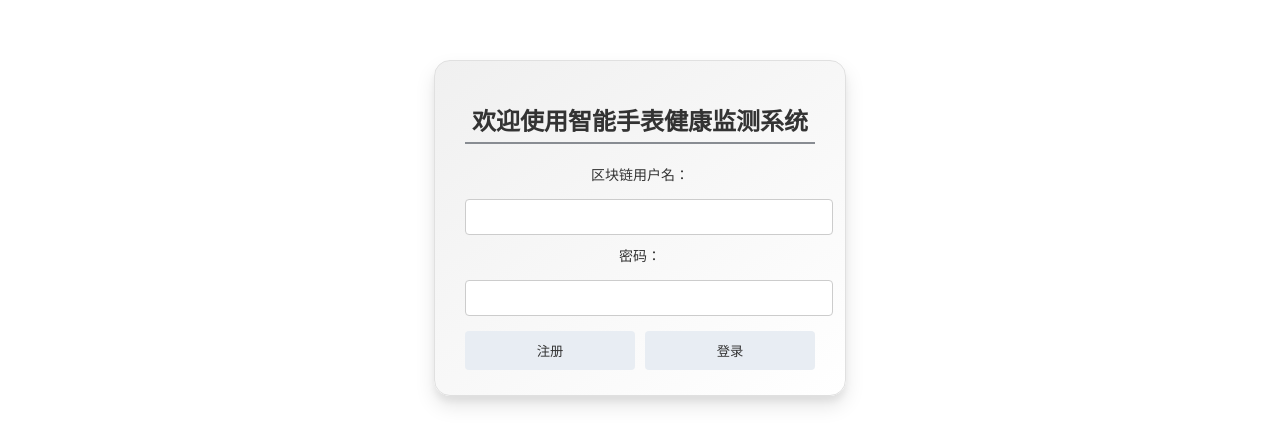
Repository: hyperion0831/The-management-of-IoT-data-sharing-based-on-blockchain
Page: / (app in Dz/frontend/)
An editor plug-in stored every save of this project. The page is shown before and after the next save, followed by the edit.
The browser window is 1280 px wide. The pictures show the whole page.
The project was rebuilt for these pictures with package versions that can differ from the ones it lists, and the page was loaded fresh each time. Also part of the build but not shown: Dz/frontend/vue.config.js, Dz/frontend/src/components/dashboard/DataUploadAndExport.vue, Dz/frontend/src/components/dashboard/RealTimeMonitoring.vue, Dz/frontend/src/components/dashboard/DataAnalysis.vue, Dz/frontend/src/components/dashboard/AppSettings.vue, Dz/frontend/src/components/DataDashBoard.vue.

Above is the page before, as saved 2024-11-12 00:22:30.

### Dz/frontend/src/main.js
import { createApp } from 'vue';
import App from './App.vue';
import router from './router';
import ElementPlus from 'element-plus';
import 'element-plus/dist/index.css';

const app = createApp(App);

app.use(router)
app.use(ElementPlus)
app.mount('#app');

### Dz/frontend/src/App.vue
<template>
  <div id="app">
    <router-view></router-view>
  </div>
</template>

<script>
export default {
  name: 'App'
};
</script>

<style>
#app {
  font-family: Avenir, Helvetica, Arial, sans-serif;
  -webkit-font-smoothing: antialiased;
  -moz-osx-font-smoothing: grayscale;
  text-align: center;
  color: #2c3e50;
  margin-top: 60px;
}
</style>

### Dz/frontend/src/router/index.js
import { createRouter, createWebHistory } from 'vue-router';
import DataDashBoard from '../components/DataDashBoard.vue'; // 导入仪表盘组件
import Login from '../components/LoginForm.vue';

const routes = [
  { path: '/', redirect: '/login' },
  { path: '/login', name: 'Login', component: Login },
  { path: '/datadashboard', name: 'DataDashBoard', component: DataDashBoard },
];

const router = createRouter({
  history: createWebHistory(),
  routes
});

export default router;

### Dz/frontend/src/components/LoginForm.vue
<template>
    <div class="loginform">

      <!-- 初始页面 -->
      <div v-if="!isRegistering">
        <h1>欢迎使用智能手表健康监测系统</h1>

        <!-- 区块链用户名和密码显示区域 -->
        <div class="blockchain-info">
          <label>区块链用户名：</label>
          <input type="text" v-model="displayPublicKey" readonly />
          <label>密码：</label>
          <input type="text" v-model="displayPrivateKey" readonly />
        </div>

        <!-- 登录、注册按钮 -->
        <div class="button-row">
          <button @click="handleRegisterClick">注册</button>
          <button @click="handleLoginClick">登录</button>
        </div>

        <!-- 隐藏的文件选择框 -->
        <input
          ref="fileInput"
          type="file"
          accept=".txt"
          style="display: none"
          @change="handleFileUpload"
        />
      </div>

      <!-- 注册页面（覆盖整个页面） -->
      <div v-if="isRegistering" class="register-section">
        <h1>注册新用户</h1>
        <label for="identity">选择身份：</label>
        <select v-model="identity">
          <option value="doctor">医生</option>
          <option value="user">普通用户</option>
        </select>

        <div v-if="identity === 'doctor'" class="blockchain-info">
          <label for="name">姓名：</label>
          <input type="text" v-model="name" placeholder="请输入姓名" />
          <label for="id">工号：</label>
          <input type="text" v-model="doctorId" placeholder="请输入工号" />
        </div>
        <div v-else class="blockchain-info">
          <label for="name">姓名：</label>
          <input type="text" v-model="name" placeholder="请输入姓名" />
        </div>

        <div class="button-row">
          <button @click="generateAndSaveKeyPair">生成密钥对</button>
          <button @click="goToLoginPage">返回登录</button>
        </div>

        <p v-if="keyGenerated">密钥对已生成并保存到文件中。</p>
      </div>
    </div>
  </template>

  <script>

  export default {
    data() {
      return {
        currentView: null, // 初始无显示
        blockchainUsername: '',  // 区块链用户名
        blockchainPassword: '',  // 区块链密码
        uploadedFile: null,      // 已上传的文件
        displayPrivateKey: '',
        displayPublicKey: '',
        keyGenerated: false,
        isLoggedIn: false,
        privateKey: null,
        publicKey: null,
        identity: 'user',
        name: '',
        doctorId: '',
        errorMessage: '',// 错误消息
        isRegistering: false, // 是否正在注册,
        showErrorModal: false,
      };
    },
    mounted() {
      // 页面加载时检查是否已登录
      const isLoggedIn = sessionStorage.getItem("isLoggedIn");
      const userName = sessionStorage.getItem("userName");
      if (isLoggedIn === "true" && userName) {
        this.isLoggedIn = true;
        this.name = userName.split('-')[1]; // 提取用户名
        const storedData = JSON.parse(localStorage.getItem(userName)); // 从 localStorage 获取密钥对数据
        if (storedData) {
          this.displayPublicKey = storedData.publicKey;
          this.displayPrivateKey = storedData.privateKey;
        }
      }
    },
    methods: {
      // 点击登录按钮，弹出文件选择框
      handleLoginClick() {
        this.$refs.fileInput.click();
      },

      // 点击注册按钮后，切换到注册界面
      handleRegisterClick() {
        this.isRegistering = true; // 显示注册界面
      },

      // 检查是否已注册
      isRegistered() {
        const registered = localStorage.getItem(`${this.identity}-${this.name}-${this.doctorId|| ''}`);
        return !!registered;
      },

      // 注册
      async generateAndSaveKeyPair() {

        const registrationKey = `${this.identity}-${this.name}-${this.doctorId || ''}`;
        if (this.isRegistered()) {
          alert("已注册，请直接登录。");
          return;
        }
        let isValid = true; // 添加一个标志来追踪身份验证状态

        if (this.identity === 'doctor') {
          if (this.name !== 'Dz' || this.doctorId !== '2448') {
            alert('医生身份信息错误，请检查姓名和工号。');
            isValid = false; // 设置标志为false
          }
        } else if (this.identity === 'user') {
          const validUserNames = ['TYC', 'DDS'];
          if (!validUserNames.includes(this.name)) {
            alert('普通用户姓名错误，请检查姓名。');
            isValid = false; // 设置标志为false
          }
        }
          // 如果身份验证未通过，直接返回
          if (!isValid) {
            return;
          }

        try {
            // 创建种子字符串，确保不同身份和用户生成不同的密钥
            const uniqueSeed = `${this.identity}-${this.name}-${this.doctorId || ''}`;
            console.log(`生成密钥的种子信息：${uniqueSeed}`);

            // 生成密钥对
            const keyPair = await window.crypto.subtle.generateKey(
              {
                name: "RSA-OAEP",
                modulusLength: 2048,
                publicExponent: new Uint8Array([1, 0, 1]),
                hash: { name: "SHA-256" },
              },
              true,
              ["encrypt", "decrypt"]
            );
            const publicKey = await window.crypto.subtle.exportKey("spki", keyPair.publicKey);
            const privateKey = await window.crypto.subtle.exportKey("pkcs8", keyPair.privateKey);

            const publicKeyBase64 = btoa(String.fromCharCode(...new Uint8Array(publicKey)));
            const privateKeyBase64 = btoa(String.fromCharCode(...new Uint8Array(privateKey)));

            const combinedKeys = `-----BEGIN PUBLIC KEY-----\n${publicKeyBase64}\n-----END PUBLIC KEY-----\n-----BEGIN PRIVATE KEY-----\n${privateKeyBase64}\n-----END PRIVATE KEY-----`;

            // 将密钥对保存到文件
            const blob = new Blob([combinedKeys], { type: "application/octet-stream" });
            const downloadLink = document.createElement("a");
            downloadLink.href = URL.createObjectURL(blob);
            downloadLink.download = `${this.name}_password.txt`;
            downloadLink.click();

            // 将身份标记为已注册
            localStorage.setItem(registrationKey, JSON.stringify({ publicKey: publicKeyBase64, privateKey: privateKeyBase64 }));
            this.keyGenerated = true;
            this.currentView = 'success'; // 注册成功后切换到 success 视图
            this.$emit('registerSuccess', { identity: this.identity, name: this.name });
          } catch (error) {
              console.error("生成密钥对失败：", error);
          }
      },

      //秘钥显示
      handleFileUpload(event) {
        const file = event.target.files[0];
        if (file) {
          const reader = new FileReader();
          reader.onload = () => {
            const fileContent = reader.result;
            // 提取公钥和私钥内容并显示
            const publicKeyMatch = fileContent.match(/-----BEGIN PUBLIC KEY-----\n([\s\S]+?)\n-----END PUBLIC KEY-----/);
            const privateKeyMatch = fileContent.match(/-----BEGIN PRIVATE KEY-----\n([\s\S]+?)\n-----END PRIVATE KEY-----/);

            if (publicKeyMatch && privateKeyMatch) {
              const publicKey = publicKeyMatch[1];
              const privateKey = privateKeyMatch[1];
              // 验证密钥对
              this.verifyKeyPair(publicKey, privateKey); // 处理文件内容
            } else {
              alert("文件格式不正确，请上传包含公钥和私钥的文件。");
            }
          };
          reader.readAsText(file);
        }
      },

      //登录验证
      async verifyKeyPair(publicKeyBase64, privateKeyBase64) {
        let matchingKey = null;
        try {
          // 遍历 localStorage 查找匹配的公私钥
          for (let i = 0; i < localStorage.length; i++) {
            const key = localStorage.key(i);//user-TYC-
            const storedData = JSON.parse(localStorage.getItem(key));
            if (storedData.publicKey === publicKeyBase64 &&
              storedData.privateKey === privateKeyBase64)
            {
              matchingKey = key;
              console.log(`键值：${matchingKey}`);
              break;
            }
          }
          if (matchingKey) {
            console.log(`找到匹配的 registrationKey：${matchingKey}`);
            // 执行登录逻辑，例如设置登录状态、保存 session 等
            this.isLoggedIn = true;

            sessionStorage.setItem("isLoggedIn", "true");
            sessionStorage.setItem("userName", matchingKey);

            // 显示公钥和私钥内容
            this.displayPublicKey = publicKeyBase64;
            this.displayPrivateKey = privateKeyBase64;

            alert(`登录成功！\n欢迎你， ${matchingKey.split('-')[1]}${matchingKey.startsWith('doctor') ? '医生' : '用户'}`);
            this.$router.push({ name: 'DataDashboard' });
          } else {
            alert("未找到匹配的注册信息，请检查密钥文件。");
          }
        } catch (error) {
          console.error("验证密钥对时出错：", error);
          alert("密钥验证失败，请重新上传正确的密钥文件。");
        }
      },

      // 返回登录界面
      goToLoginPage() {
        this.isRegistering = false; // 退出注册界面，显示登录按钮页面
        this.currentView = null; // 清空当前视图
      },

    },
  };
  </script>

  <style scoped>
.loginform {
  width: 350px; /* 调整宽度 */
  padding: 25px 30px; /* 增加内边距 */
  margin: 60px auto; /* 居中 */
  background: linear-gradient(145deg, #f0f0f0, #ffffff); /* 添加柔和的渐变背景 */
  border: 1px solid #e0e0e0; /* 边框颜色更浅 */
  border-radius: 16px; /* 调整圆角 */
  box-shadow: 0 10px 20px rgba(0, 0, 0, 0.1), 0 6px 6px rgba(0, 0, 0, 0.05); /* 添加双层阴影 */
}

  h1 {
    font-size: 24px;
    color: #333;
    margin-bottom: 20px;
    align-self: flex-start; /* 将标题移到左边 */
    border-bottom: 2px solid #888c92; /* 添加下划线 */
    padding-bottom: 5px;
  }

  .blockchain-info {
    display: flex;
    flex-direction: column;
    gap: 10px;
    width: 100%;
  }

  .blockchain-info label {
    font-size: 14px;
    color: #333;
  }

  .blockchain-info input {
    width: 100%;
    padding: 8px;
    border: 1px solid #ccc;
    border-radius: 4px;
    font-size: 16px;
    margin-top: 5px;
    text-align: center;
  }

  .user-info {
    display: flex;
    justify-content: space-around;
    font-size: 14px;
    color: #555;
    margin-top: 10px;
    width: 100%;
  }

  .button-row {
    display: flex;
    flex-direction: row;
    flex-wrap: wrap;
    gap: 10px;
    margin-top: 15px;
    width: 100%;
  }

  .button-row button {
    flex: 1 1 calc(50% - 10px);
    padding: 10px;
    background-color: #e8edf3;
    color: #333;
    border: none;
    border-radius: 4px;
    cursor: pointer;
    transition: background-color 0.3s ease;
  }

  .button-row button:hover {
    background-color: #acababcc;
  }

  .register-section, .login-section {
    margin-top: 20px;
  }

  select, input[type="text"], input[type="file"] {
    width: 100%;
    padding: 8px;
    border: 1px solid #ccc;
    border-radius: 4px;
    margin-top: 5px;
  }

  p {
    font-size: 14px;
    color: #333;
    margin-top: 10px;
  }
  </style>

Loaded but not shown: Dz/frontend/public/index.html (common file)

After the next save:
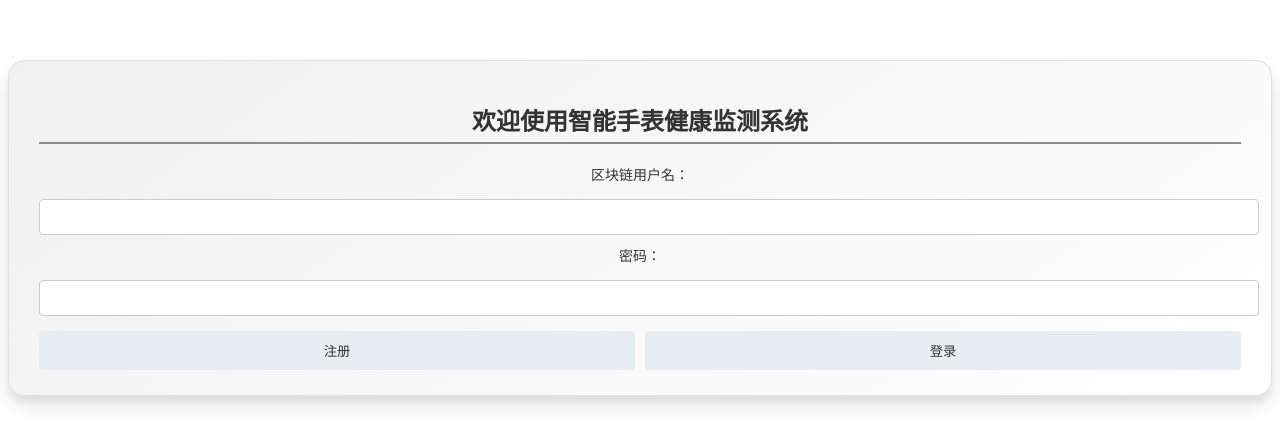
Saved 32 s later.
--- a/Dz/frontend/src/components/LoginForm.vue
+++ b/Dz/frontend/src/components/LoginForm.vue
@@ -256,7 +256,6 @@
 
   <style scoped>
 .loginform {
-  width: 350px; /* 调整宽度 */
   padding: 25px 30px; /* 增加内边距 */
   margin: 60px auto; /* 居中 */
   background: linear-gradient(145deg, #f0f0f0, #ffffff); /* 添加柔和的渐变背景 */

After the save that followed:
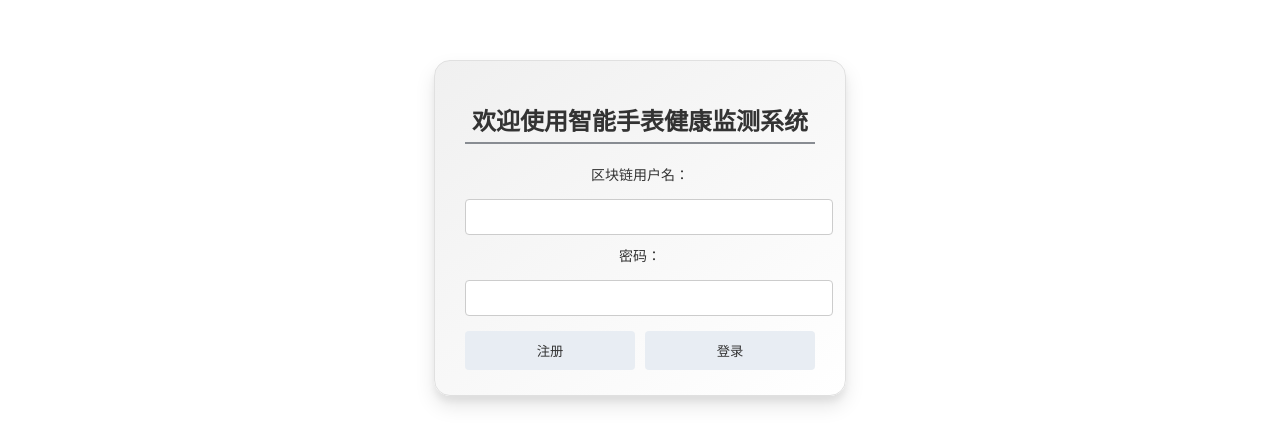
Saved 37 s later.
--- a/Dz/frontend/src/components/LoginForm.vue
+++ b/Dz/frontend/src/components/LoginForm.vue
@@ -256,6 +256,7 @@
 
   <style scoped>
 .loginform {
+  width: 350px; /* 调整宽度 */
   padding: 25px 30px; /* 增加内边距 */
   margin: 60px auto; /* 居中 */
   background: linear-gradient(145deg, #f0f0f0, #ffffff); /* 添加柔和的渐变背景 */
